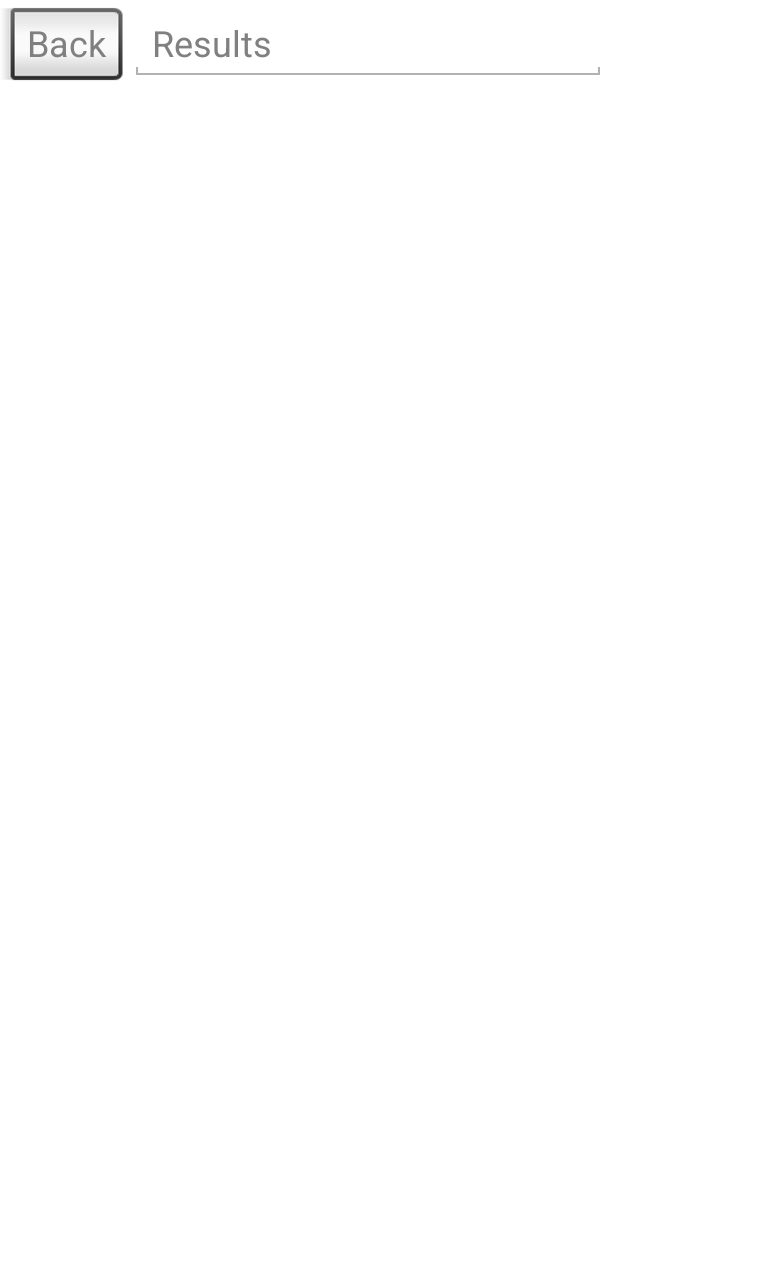
Repository: scottcaruso/Java_I_1307_Week4
Layout: myGov/res/layout/politician_display.xml
These files come from the project's save history. The layout is drawn as it stood at one moment and after the next save; the edit follows.
It is drawn on a 768 x 1280 px phone screen (xhdpi) without system bars, with theme AppTheme; the app's code is not run.

Above is the layout before, as saved 2013-08-01 20:25:53.

After the next save:
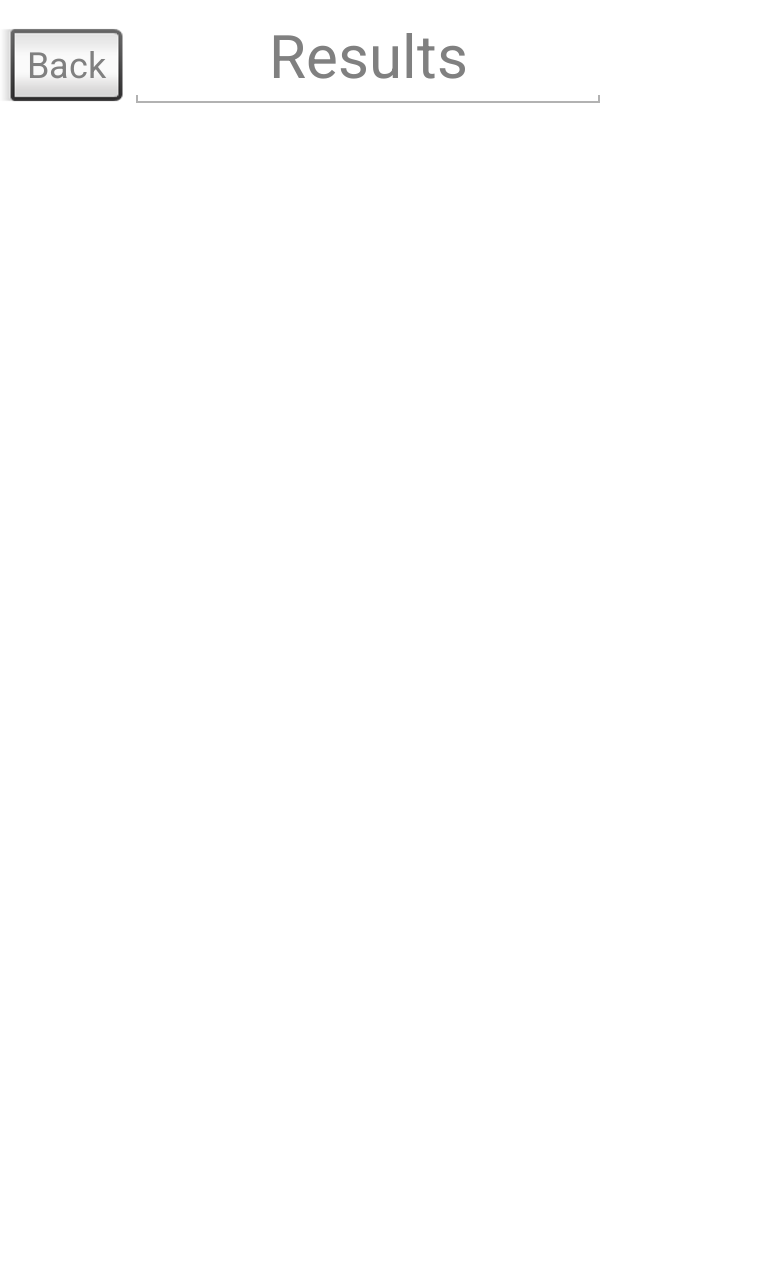
Saved 4 min 6 s later.
--- a/myGov/res/layout/politician_display.xml
+++ b/myGov/res/layout/politician_display.xml
@@ -15,7 +15,9 @@
         android:id="@+id/foundpoliticians"
         android:layout_width="240dp"
         android:layout_height="wrap_content"
-        android:hint="@string/results" />
+        android:gravity="center"
+        android:hint="@string/results"
+        android:textSize="30dp" />
 
 final TextView polLabel = UIElementCreator.createLabel(currentMainContext, "Politician Name: ");
 				final TextView polPartyLabel = UIElementCreator.createLabel(currentMainContext, "Party Affiliaition: ");
